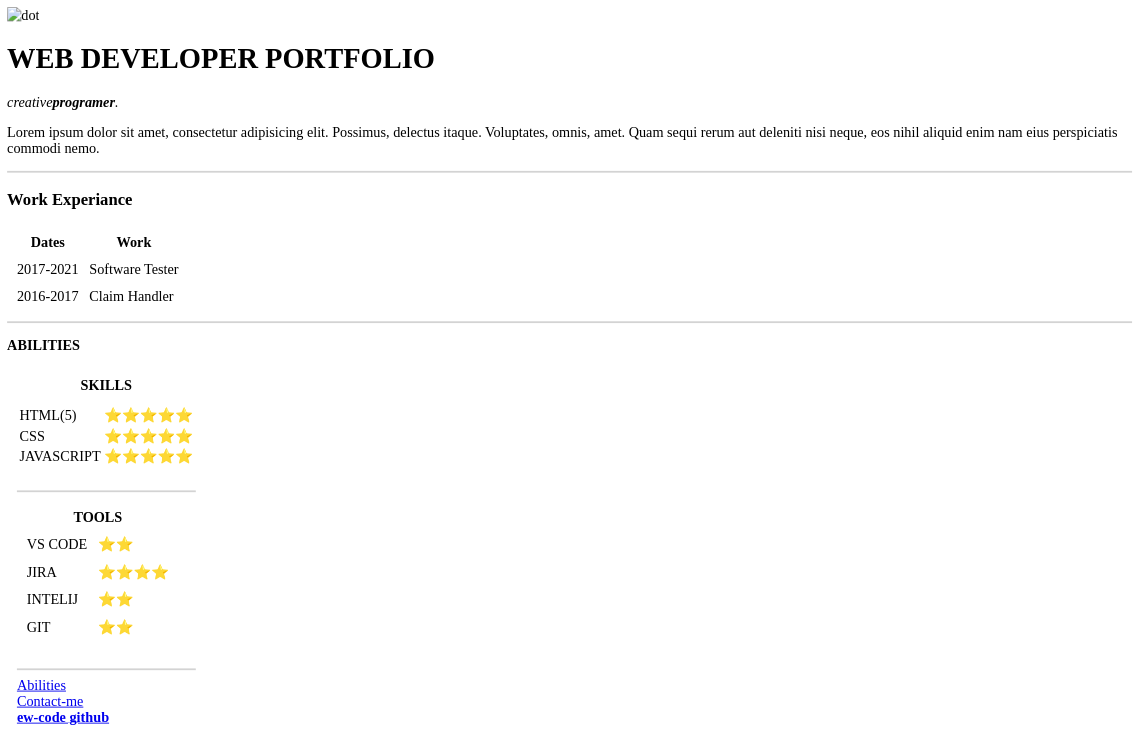
Repository: ew-code/Web-Development
Page: HTML - Personal Site/index.html
The author's editor kept a copy of each file at every save. The page is drawn from the files as they stood at one save, then again after a run of saves.
The browser window is 1280 px wide. The pictures show the whole page, at 89% of full size.

Above is the page before, as saved 2021-01-06 16:14:32.

After the next 4 saves:
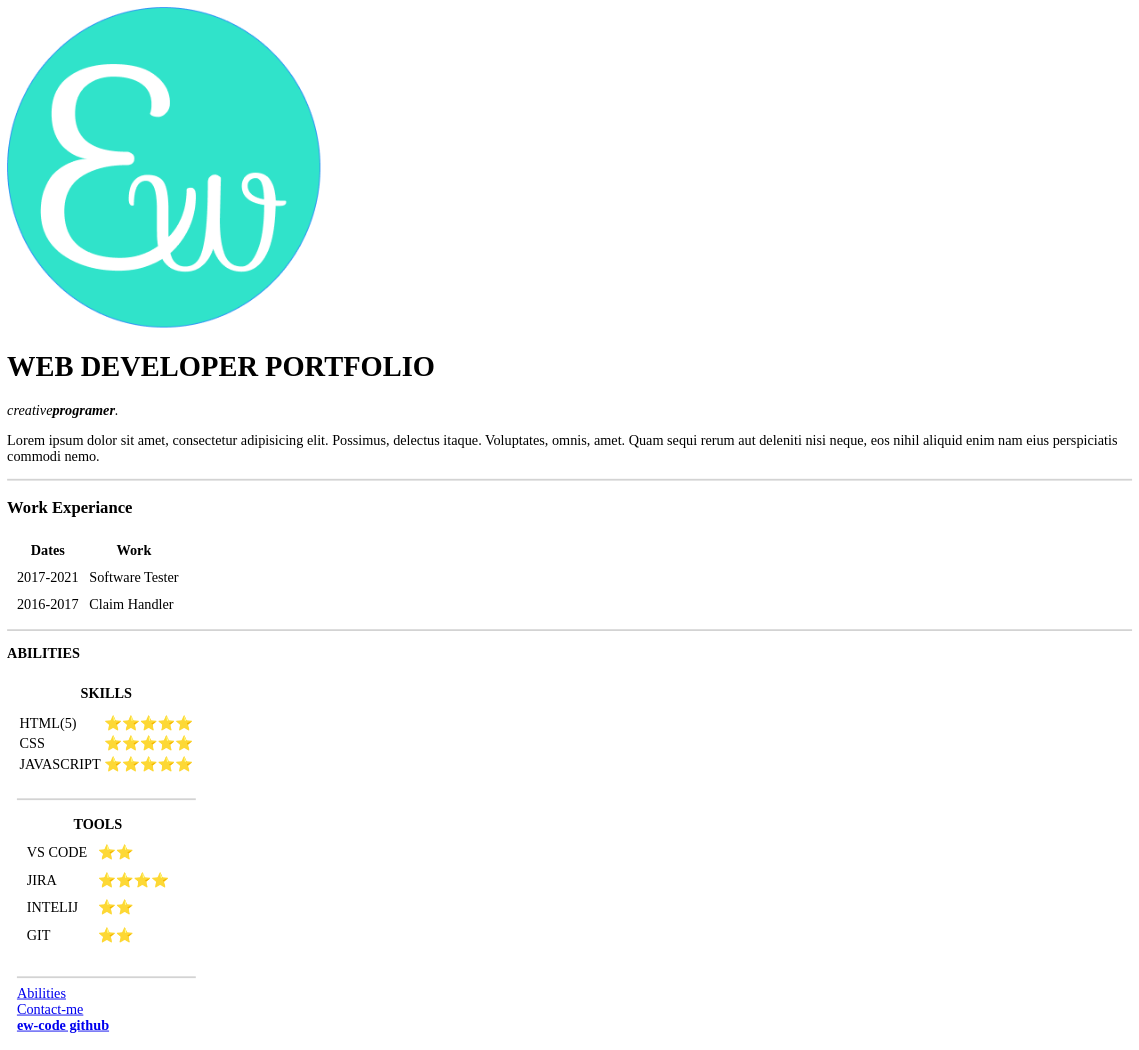
The 4 saves are shown as one change because they came seconds apart.
The last was saved 10 s later.
--- a/HTML - Personal Site/index.html
+++ b/HTML - Personal Site/index.html
@@ -23,7 +23,7 @@
 <body
   <table cellspacing="20">
     <tr>
-      <td><img src="" alt="dot"></td>
+      <td><img src="images/Frame 1.png" alt="dot"></td>
       <td>
         <h1>WEB DEVELOPER PORTFOLIO</h1>
       </td>
